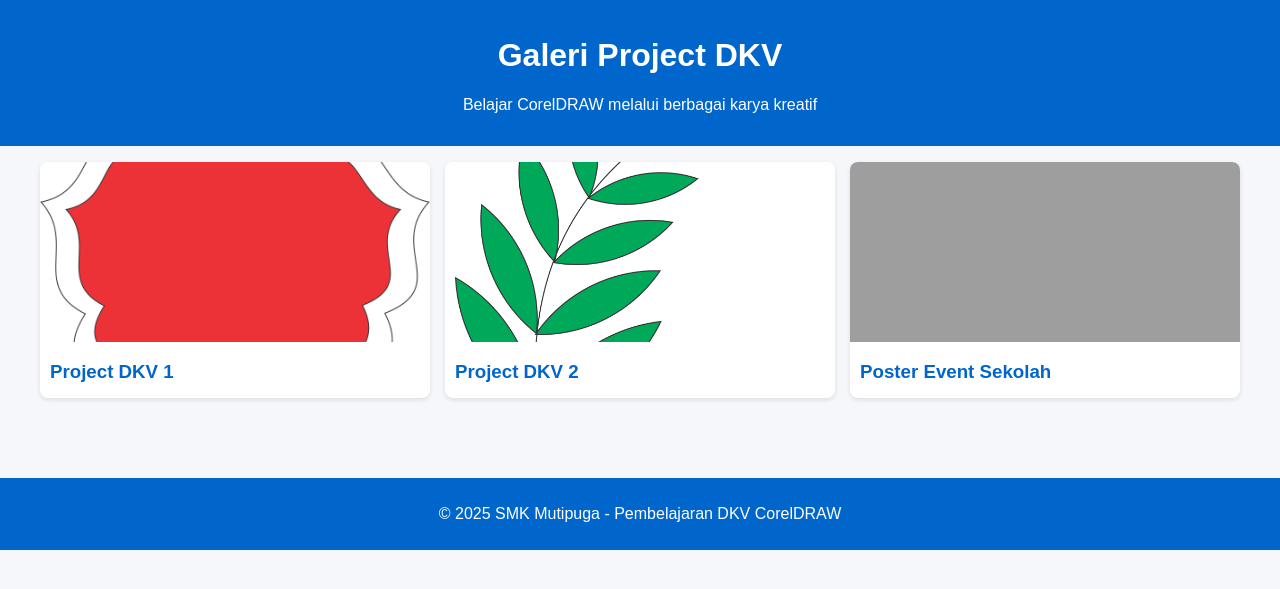
Repository: ppdbsmkmutipuga/galeriprojectdkvsmkmutipuga
Page: index.html
These files come from the project's save history. The page is drawn as it stood at one moment and after the next save; the edit follows.
The browser window is 1280 px wide. The pictures show the whole page.
Pictures or frames that could not be fetched are drawn as grey boxes.

Above is the page before, as saved 2025-08-14 02:10:32.
Console error: TypeError: Cannot read properties of null (reading 'addEventListener')

### index.html
<!DOCTYPE html>
<html lang="id">

<head>
    <meta charset="UTF-8">
    <meta name="viewport" content="width=device-width, initial-scale=1.0">
    <title>Galeri Project DKV CorelDRAW</title>
    <link rel="stylesheet" href="styles.css">
</head>

<body>

    <header>
        <h1>Galeri Project DKV</h1>
        <p>Belajar CorelDRAW melalui berbagai karya kreatif</p>
    </header>

    <main>
        <section class="grid-container" id="projectGrid">
            <!-- Card project akan dimasukkan lewat JavaScript -->
        </section>
    </main>

    <footer>
        <p>&copy; 2025 SMK Mutipuga - Pembelajaran DKV CorelDRAW</p>
    </footer>

    <!-- Modal -->
    <!-- Modal -->
    <div id="modal" class="modal">
        <div class="modal-content">
            <span class="close-btn">&times;</span>
            <img id="modalImage" src="" alt="Project">
            <h2 id="modalTitle"></h2>
            <div class="modal-scroll">
                <h4>Yang Dipelajari:</h4>
                <ul id="modalBelajar"></ul>
                <p id="modalTujuan"></p>
            </div>
        </div>
    </div>


    <script src="script.js"></script>
</body>

</html>

### styles.css
body {
    font-family: Arial, sans-serif;
    margin: 0;
    background: #f5f7fa;
    color: #333;
}

header {
    background: #0066cc;
    color: white;
    text-align: center;
    padding: 1rem;
}

main {
    max-width: 1200px;
    margin: auto;
    padding: 1rem;
}

.grid-container {
    display: grid;
    grid-template-columns: repeat(auto-fit, minmax(250px, 1fr));
    gap: 15px;
    margin-bottom: 2rem;
}

.project-card {
    background: white;
    border-radius: 8px;
    overflow: hidden;
    box-shadow: 0 2px 5px rgba(0, 0, 0, 0.1);
    cursor: pointer;
    transition: transform 0.2s;
}

.project-card:hover {
    transform: scale(1.03);
}

.project-card img {
    width: 100%;
    height: 180px;
    object-fit: cover;
}

.project-info {
    padding: 10px;
}

.project-info h3 {
    margin: 5px 0;
    color: #0066cc;
}

footer {
    background: #0066cc;
    color: white;
    text-align: center;
    padding: 0.7rem;
    margin-top: 2rem;
}

/* Modal Style */
/* Modal background */
.modal {
    display: none;
    position: fixed;
    z-index: 1000;
    left: 0;
    top: 0;
    width: 100%;
    height: 100%;
    background-color: rgba(0, 0, 0, 0.7);
}

/* Modal box */
.modal-content {
    background: white;
    margin: 50px auto;
    padding: 15px;
    border-radius: 8px;
    width: 80%;
    max-width: 800px;
    max-height: 90vh;
    /* Biar nggak melebihi layar */
    overflow: hidden;
    /* Scroll hanya di area dalam */
    display: flex;
    flex-direction: column;
}

/* Scrollable area */
.modal-scroll {
    flex: 1;
    overflow: auto;
    /* Scroll muncul kalau konten panjang */
    margin-top: 10px;
    padding: 10px;
    border-top: 1px solid #ccc;
}

/* Biar bisa scroll kanan kiri juga */
.modal-scroll ul,
.modal-scroll p {
    min-width: 600px;
    /* Kalau mau horizontal scroll */
}

/* Gambar di modal */
.modal-content img {
    max-height: 300px;
    object-fit: contain;
    width: 100%;
}

/* Tombol close */
.close-btn {
    position: absolute;
    top: 15px;
    right: 20px;
    font-size: 28px;
    font-weight: bold;
    cursor: pointer;
}

### script.js
// Data project (setiap project punya data berbeda)
const projects = [
    {
        title: "Project DKV 1",
        image: "images/project01dkv.png",
        belajar: [
            "Menggunakan Layout Page untuk brosur",
            "Memanfaatkan Color Palette untuk tema warna",
            "Mengatur tipografi dan hierarki teks",
            "Menambahkan gambar dan ikon pendukung"
        ],
        tujuan: "Mampu membuat brosur informatif dan menarik dengan komposisi visual yang seimbang."
    },
    {
        title: "Project DKV 2",
        image: "images/project02dkv.png",
        belajar: [
            "Menggunakan Shape Tool untuk membentuk ikon",
            "Memanfaatkan kurva Bézier untuk detail logo",
            "Pengaturan warna dan gradasi",
            "Export logo dengan latar transparan"
        ],
        tujuan: "Menguasai pembuatan logo sederhana yang mewakili identitas organisasi."
    },
    {
        title: "Poster Event Sekolah",
        image: "images/poster.jpg",
        belajar: [
            "Menentukan layout poster vertikal",
            "Mengatur teks headline dan subheadline",
            "Menggunakan gambar dengan efek transparansi",
            "Memadukan warna untuk kesan energik"
        ],
        tujuan: "Mampu membuat poster yang komunikatif dan menarik perhatian audiens."
    },
    // Tambahkan hingga 20 project sesuai kebutuhan...
];

// Tampilkan grid
const projectGrid = document.getElementById("projectGrid");
projects.forEach((proj, index) => {
    const card = document.createElement("div");
    card.classList.add("project-card");

    card.innerHTML = `
        <img src="${proj.image}" alt="${proj.title}">
        <div class="project-info">
            <h3>${proj.title}</h3>
        </div>
    `;

    // Klik untuk buka modal
    card.addEventListener("click", () => openModal(index));
    projectGrid.appendChild(card);
});

// Modal logic
const modal = document.getElementById("modal");
const modalImage = document.getElementById("modalImage");
const modalTitle = document.getElementById("modalTitle");
const modalBelajar = document.getElementById("modalBelajar");
const modalTujuan = document.getElementById("modalTujuan");
const closeBtn = document.querySelector(".close-btn");

function openModal(index) {
    const proj = projects[index];
    modalImage.src = proj.image;
    modalTitle.textContent = proj.title;
    modalBelajar.innerHTML = proj.belajar.map(item => `<li>${item}</li>`).join("");
    modalTujuan.textContent = `Tujuan: ${proj.tujuan}`;
    modal.style.display = "block";
}

closeBtn.addEventListener("click", () => {
    modal.style.display = "none";
});

window.addEventListener("click", (e) => {
    if (e.target === modal) modal.style.display = "none";
});

// Form interaktif
document.getElementById("feedbackForm").addEventListener("submit", function (event) {
    event.preventDefault();
    let nama = document.getElementById("nama").value;
    let kelas = document.getElementById("kelas").value;
    let komentar = document.getElementById("komentar").value;

    alert(`Terima kasih, ${nama} dari kelas ${kelas}!\nKomentar kamu: "${komentar}" telah kami terima.`);
    this.reset();
});

After the next save:
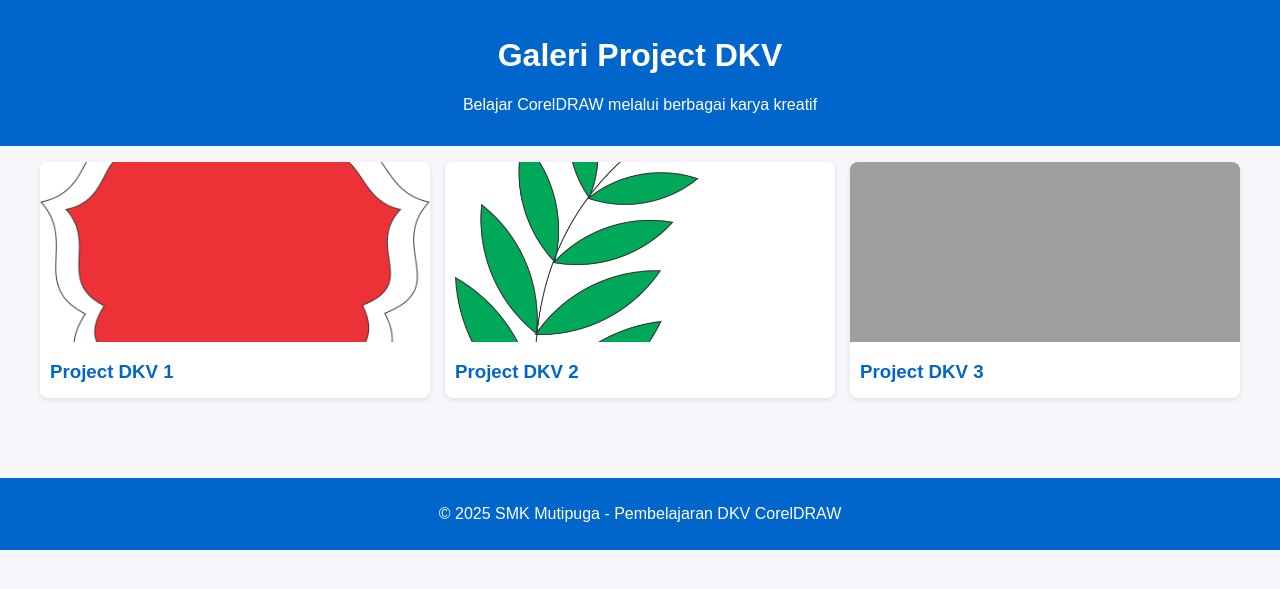
Saved 5 min 1 s later.
--- a/script.js
+++ b/script.js
@@ -23,7 +23,7 @@
         tujuan: "Menguasai pembuatan logo sederhana yang mewakili identitas organisasi."
     },
     {
-        title: "Poster Event Sekolah",
+        title: "Project DKV 3",
         image: "images/poster.jpg",
         belajar: [
             "Menentukan layout poster vertikal",
